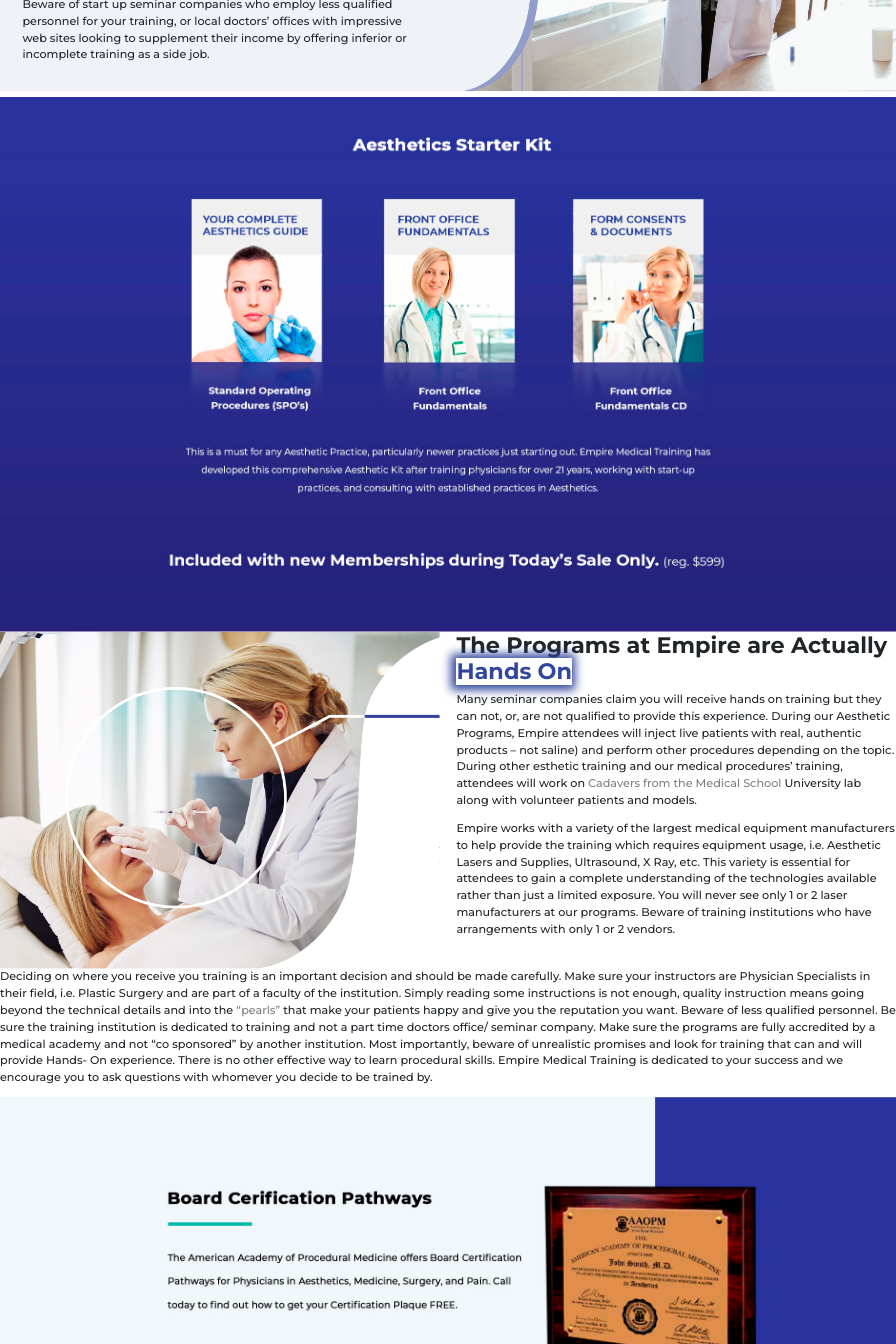
Repository: jorgi710/BODY-CONTOURING-INJECTABLES-AND-ADJUNCT-PROCEDURES
Page: our quarantee/file/public/index.html
An editor plug-in stored every save of this project. The page is shown before and after the next save, followed by the edit.
The browser window is 1280 px wide. The pictures show the part of the page from y = 3038 to 4958 px (the page is 5583 px tall), at 70% of full size.

Above is the page before, as saved 2021-04-06 23:59:47.

### our quarantee/file/public/index.html
<!DOCTYPE html>
<html lang="en">
  <head>
    <meta charset="UTF-8" />
    <meta http-equiv="X-UA-Compatible" content="IE=edge" />
    <meta name="viewport" content="width=device-width, initial-scale=1.0" />
    <title>Page_3</title>

    <link
      href="https://cdn.jsdelivr.net/npm/bootstrap@5.0.0-beta3/dist/css/bootstrap.min.css"
      rel="stylesheet"
      integrity="sha384-eOJMYsd53ii+scO/bJGFsiCZc+5NDVN2yr8+0RDqr0Ql0h+rP48ckxlpbzKgwra6"
      crossorigin="anonymous"
    />
    <link
      href="https://fonts.googleapis.com/css2?family=Montserrat:wght@400;500;600;700&display=swap"
      rel="stylesheet"
    />
    <link rel="stylesheet" href="css/style.css" />
  </head>
  <body>
    <header>
      <div class="container-fluid m-0 p-0">
        <img src="img/header.jpg" alt="navbar" class="img-fluid m-0 p-0" />
      </div>
    </header>
    <main>
      <section class="section_1">
        <div class="container-fluid">
          <div class="fila-1">
            <div class="row">
              <div class="col-sm-12 col-md-6 text-start">
                <div class="content_section_1">
                  <h1 class="bold mb-3 mt-3">The Empire Medical Training</h1>
                  <img src="img/logo_main.jpg" alt="logo" class="logo" />
                  <p class="medium">
                    Empire is the only teaching institution that offers this
                    extraordinary guarantee: After you have completed your
                    training, if you feel you are not comfortable performing the
                    new procedure or if you believe you need additional
                    training, Empire will provide you with a 1-Day Preceptorship
                    (individual training) at one of our Centers of Excellence.
                  </p>
                  <p class="medium">
                    You will work one on one with one of our teaching faculty in
                    their office perfecting the techniques you just learned and
                    reviewing our many medical “Pearls,” priceless tips we have
                    learned through extensive experience and are now passing
                    onto you!
                  </p>
                </div>
              </div>
              <div class="col-md-6 justify-content-end p-0">
                <img
                  src="img/section_1_1_web.jpg"
                  alt=""
                  class="d-none d-md-block img-fluid"
                />
                <img
                  src="img/section_1_1_mobil.jpg"
                  alt=""
                  class="d-md-none img-fluid mobil"
                />
              </div>
            </div>
          </div>

          <div class="fila-2">
            <div class="row">
              <div class="col-sm-12 col-md-6 p-0 mt-3">
                <img
                  src="img/section_1_2_web.jpg"
                  alt="Our difference"
                  class="d-none d-md-block"
                />
                <img
                  src="img/section_1_2_mobil.jpg"
                  alt=""
                  class="d-md-none mobil"
                />
              </div>
              <div class="col-md-6 text-start">
                <h1 class="bold azul mt-4">Our Difference</h1>
                <p class="medium">
                  • Our full time faculty of physicians are available to answer
                  your questions even before you have decided on training- see
                  for yourself, call today and speak with a physician about
                  offering
                  <span class="claro">aesthetics in your practice</span>, or
                  whatever other concerns you may have!
                </p>
                <p class="medium">
                  • Empire Medical Training is the only training institution
                  that offers over 35 different medical and aesthetic
                  <span class="claro">training programs</span>. Since our
                  organization is a full time, dedicated teaching institution,
                  we have the resources and faculty to provide the quality
                  training we have been providing for the past 15 years.
                </p>
                <p class="medium">
                  • Empire provides discounted tuition on
                  <span class="claro">membership plans</span>
                  allowing you to attend all our programs at one low price, over
                  a 2 year period. We also provide a price guarantee that
                  ensures you are registering for a seminar at the lowest price
                  available. At all Empire work- shops, all supplies and
                  medicines are included with your tuition. That includes
                  <span class="claro">Botox Cosmetic</span> and
                  <span class="claro">Dermal Fillers</span> needed for the hands
                  on portion of the training.
                </p>
                <p class="medium">
                  • Learning to perform a procedure may be simple, but becoming
                  successful in your practice requires additional steps. With
                  every program you receive an exhaustive supply of patient
                  forms, consent forms, marketing templates, a comprehensive
                  <span class="claro">Vendor and Resource guide</span> with
                  useful information and necessary tools for your practice.
                </p>
                <p class="medium">
                  • Empire Medical Training and staff are committed to helping
                  you succeed in your practice nad this goes beyond just
                  providing you with the medical protocols to perform a simple
                  procedure. We are not a weekend operation and are available
                  even after our programs have ended. We also provide our
                  students with
                  <span class="claro"> Board Certification</span> from the AAOPM
                  for succesful coursework completion.
                </p>
              </div>
            </div>
          </div>
        </div>
      </section>
      <section class="section_2">
        <div class="panel">
          <img
            src="img/section_2.jpg"
            alt="Meet Our Trusted Faculty"
            class="img-fluid m-0 p-0 d-none d-md-block"
          />
          <img
            src="img/section_2_mobile.jpg"
            alt="Meet Our Trusted Faculty"
            class="img-fluid m-0 p-0 d-md-none mobil"
          />

          <div class="content d-none d-md-block ">
            <h1 class="bold">Meet Our Trusted Faculty</h1>
            <p class="regular">
              Empire Medical Training celebrates
              <span class="bold">15 years</span> of success in training <br />
              <span class="bold">physicians</span> and health care
              <span class="bold">professionals</span>. <br />
              We believe our success is due, in part, to the extra things our
              <br />
              <span class="bold">organization</span> and
              <span class="bold">faculty</span> provide for you.
            </p>
            <button class="btn">
              <h3 class="bold">Meet Faculty</h3>
            </button>
          </div>
        </div>
        <div class="content_mobil d-md-none mobil">
            <h1 class="bold">Meet Our Trusted Faculty</h1>
            <p class="regular">
              Empire Medical Training celebrates
              <span class="bold">15 years</span> of success in training <br />
              <span class="bold">physicians</span> and health care
              <span class="bold">professionals</span>. <br />
              We believe our success is due, in part, to the extra things our
              <br />
              <span class="bold">organization</span> and
              <span class="bold">faculty</span> provide for you.
            </p>
            <button class="btn m-2">
              <h3 class="bold">Meet Faculty</h3>
            </button>
          </div>
        </div>

      </section>
      <section class="section_3 ">
        <div>
          <h1 class="negro bold">
            <span class="azul">Background &</span> Achievements
          </h1>
          <p class="medium ">
            Now a little about Empire Medical Training’s background and
            achievements: Why Empire is committed to excellence:
          </p>
          <p class="medium ">
            Empire Medical Training celebrates our 22nd year of training and we
            remain the #1 medical training and certification CME Medical and
            Aesthetic workshops offered each year, Empire has trained over
            125,000 Physicians, Dentists, Nurses, and other Health Care
            Professionals. With countless
            <span class="claro">testimonials</span> from satisfied attendees, we
            stand behind our programs and provide a complete satisfaction
            guarantee. source worldwide.
          </p>
          <p class="medium ">
            Empire has acquired a distinguished reputation in education and
            serves as a training facility for Allergan (Botox, Juvederm) and
            Medicis (Restylane), along with many of the largest Aesthetic Laser
            Manufacturers. In addition, Empire is proud to have been chosen by
            the Florida Dental Association (FDA) to train their member Dentists
            in Botox Cosmetic and other Aesthetic Procedures.
          </p>
          <p class="medium ">
            At Empire, we believe our success is dependent on you receiving
            quality training and instruction. Empire Medical Training is a
            nationally recognized CME Training Institution for Physicians,
            Dentists, Nurses and other Health Care Professionals.
          </p>
        </div>
        <div class="row">
          <div class="col-sm-12 col-md-6">
            <p class="medium">
              In addition to training at resort hotels, Empire has pioneered the
              first <span class="claro">premier Medical Spa</span> in Fort
              Lauderdale, Florida where physicians can enjoy training on actual
              patients and receive classroom didactic presentations. This
              facility has been designed specifically for training purposes
              utilizing state of the art aesthetic lasers and medical spa
              equipment along with modern classroom facilities and training
              aids. All courses are conducted by Physicians and other
              Specialists in Aesthetics, Pain Management, Surgery, and Medicine.
              Not by less qualified Instructors.
            </p>
            <p class="medium">
              Empire has achieved an outstanding reputation through a
              distinguished faculty of Physician specialists. Your training will
              be conducted by Physicians and other Specialists in Aesthetics,
              Pain Management, Surgery, and Medicine. We believe it is important
              for attendees to be exposed to a faculty of instructors for a more
              complete understanding of the topic, rather than just 1 part time
              physician or nurse instructor like many training companies do.
              Beware of start up seminar companies who employ less qualified
              personnel for your training, or local doctors’ offices with
              impressive web sites looking to supplement their income by
              offering inferior or incomplete training as a side job.
            </p>
          </div>
          <div class="col-sm-12 col-md-6">
            <img
              src="img/section_3_web.jpg"
              alt="background achievements"
              class="d-none d-md-block img-fluid"
            />
            <img
              src="img/section_3_mobil.jpg"
              alt="background achievements"
              class="d-md-none"
            />
          </div>
        </div>
      </section>
      <section class="section_4 mt-2">
        <img src="img/section_4.jpg" alt="aesthetics starter kit" />
      </section>
      <section class="section_5">
        <div class="row">
          <div class="col-sm-12 col-md-6">
            <img
              src="img/section_5_web.jpg"
              alt="empire"
              class="d-none d-md-block"
            />
            <img
              src="img/section_5_mobile.jpg"
              alt="empire"
              class="d-md-none"
            />
          </div>
          <div class="col-md-6">
            <h1 class="bold">
              The Programs at Empire are Actually
              <span class="azul" style="box-shadow: -2px 1px 13px 6px #31469d;">Hands On</span>
            </h1>
            <p class="medium">
              Many seminar companies claim you will receive hands on training
              but they can not, or, are not qualified to provide this
              experience. During our Aesthetic Programs, Empire attendees will
              inject live patients with real, authentic products – not saline)
              and perform other procedures depending on the topic. During other
              esthetic training and our medical procedures’ training, attendees
              will work on
              <span class="claro">Cadavers from the Medical School</span>
              University lab along with volunteer patients and models.
            </p>
            <p class="medium">
              Empire works with a variety of the largest medical equipment
              manufacturers to help provide the training which requires
              equipment usage, i.e. Aesthetic Lasers and Supplies, Ultrasound, X
              Ray, etc. This variety is essential for attendees to gain a
              complete understanding of the technologies available rather than
              just a limited exposure. You will never see only 1 or 2 laser
              manufacturers at our programs. Beware of training institutions who
              have arrangements with only 1 or 2 vendors.
            </p>
          </div>
        </div>
        <p class="medium">
          Deciding on where you receive you training is an important decision
          and should be made carefully. Make sure your instructors are Physician
          Specialists in their field, i.e. Plastic Surgery and are part of a
          faculty of the institution. Simply reading some instructions is not
          enough, quality instruction means going beyond the technical details
          and into the <span class="claro">“pearls”</span> that make your
          patients happy and give you the reputation you want. Beware of less
          qualified personnel. Be sure the training institution is dedicated to
          training and not a part time doctors office/ seminar company. Make
          sure the programs are fully accredited by a medical academy and not
          “co sponsored” by another institution. Most importantly, beware of
          unrealistic promises and look for training that can and will provide
          Hands- On experience. There is no other effective way to learn
          procedural skills. Empire Medical Training is dedicated to your
          success and we encourage you to ask questions with whomever you decide
          to be trained by.
        </p>
      </section>
    </main>
    <footer>
      <img src="img/footer.jpg" alt="footer" class="img-fluid" />
    </footer>
  </body>
</html>

### our quarantee/file/public/css/style.css
@import url("https://fonts.googleapis.com/css2?family=Montserrat:wght@400;500;600;500&display=swap");
* {
  box-sizing: border-box;
  font-family: var(--fuente);
}
header,
section {
  overflow-x: hidden;
}
:root {
  --fuente: "Montserrat", cursive;
  --azul: #31469d;
  --clarito: #808080;
  --negro: #000000;
  --regular: 400;
  --medium: 500;
  --semi_bold: 600;
  --bold: 500;
}
.regular {
  font-weight: 400;
}
.medium {
  font-weight: 500;
}
.semi {
  font-weight: 600;
}
.bold {
  font-weight: 700;
}
.azul {
  color: #31469d;
}
.claro {
  color: #808080;
}
.negro {
  color: #000000;
}
header .img {
  width: 100%;
}
/* .section_1 .fila-1 .row .col-md-6 .content_section_1 {
  padding: 4vmin 1vmin;
  padding-bottom: 2vmin;
  padding-left: 12vmin;
} */

/* section_1 */

/* web */
.section_1 .fila-1 .row .col-md-6 .content_section_1 {
  padding: 4vmin 1vmin;
  padding-bottom: 2vmin;
  padding-left: 12vmin;
}
.section_1 .fila-1 .row .col-md-6 img {
  width: 100%;
  height: 100%;
  object-fit: cover;
}
.section_1 .fila-1 .row .col-md-6 h1 {
  font-size: 1.8rem;
}
.section_1 .fila-1 .row .col-md-6 .logo {
  width: 70%;
  padding-left: 10vmin;
}
/* Tablet */
@media screen and (min-width: 780px) and (max-width: 1200px) {
  .section_1 .fila-1 .row .col-md-6 .content_section_1 {
    padding: 4vmin 1vmin;
    padding-bottom: 2vmin;
    padding-left: 12vmin;
  }
  .section_1 .fila-1 .row .col-md-6 h1 {
    font-size: 1.5rem;
  }
  .section_1 .fila-1 .row .col-md-6 img {
    object-fit: cover;
    z-index: 1;
  }
  .section_1 .fila-1 .row .col-md-6 .logo {
    width: 70%;
    padding-left: 10vmin;
  }
}
/* Mobile */
@media screen and (min-width: 0) and (max-width: 760px) {
  .section_1 .fila-1 .row .col-md-6 .content_section_1 {
    padding: 0;
    box-shadow: 1px 2px 9px 6px #aaa;
  }
  .section_1 .fila-1 .row .col-md-6 h1 {
    font-size: 1.8rem;
    text-align: center;
  }
  .section_1 .fila-1 .row .col-md-6 .mobil {
    box-shadow: -2px 1px 13px 6px #aaa;
  }
  .section_1 .fila-1 .row .col-md-6 .logo {
    width: 76%;
    padding-left: 22vmin;
  }
  .section_1 .fila-1 .row .col-md-6 p {
    font-size: 1rem;
    text-align: justify;
    padding: 4px 5px;
  }
}
/* section_1_Part_2 */

/* web */
.section_1 .fila-2 .row .col-md-6 img {
  width: 100%;
  height: 100%;
  object-fit: none;
}
.section_1 .fila-1 .row .col-md-6 h1 {
  font-size: 1.8rem;
}
/* Tablet */
@media screen and (min-width: 780px) and (max-width: 1200px) {
  .section_1 .fila-2 .row .col-md-6 h1 {
    font-size: 1.5rem;
  }
  .section_1 .fila-2 .row .col-md-6 img {
    object-fit: cover;
    box-shadow: -2px 1px 13px 6px #31469d;
    border-radius: 1rem;
  }
}
/* Mobile */
@media screen and (min-width: 0) and (max-width: 760px) {
  .section_1 .fila-1 .row .col-md-6 .content_section_1 {
    padding: 0;
    box-shadow: 1px 2px 9px 6px #aaa;
  }
  .section_1 .fila-2 .row .col-md-6 h1 {
    font-size: 2rem;
    text-align: center;
  }
  .section_1 .fila-2 .row .col-md-6 .mobil {
    box-shadow: -2px 1px 13px 6px #bac6f8;
    object-fit: cover;
  }
  .section_1 .fila-2 .row .col-md-6 p {
    font-size: 1rem;
    text-align: justify;
    padding: 4px 5px;
    box-shadow: -2px 1px 13px 6px #ccd6fc;
    border-radius: 0.5rem;
  }
}
/* section_2 */
/* web */
.section_2 .panel {
  position: relative;
}
.section_2 .content h1 {
  font-size: 1.5rem;
}
.section_2 .content p {
  font-size: 0.8rem;
}
.section_2 .content h3 {
  font-size: 1rem;
}
.section_2 .content {
  position: absolute;
  color: white;
  top: 38px;
  right: 593px;
}
.section_2 .content button {
  background-color: white;
  border-radius: 1.5rem;
  box-shadow: -4px 3px 13px 0px blue;
  color: #31469d;
  font-weight: 700;
}
/* Tablet */
@media screen and (min-width: 780px) and (max-width: 1200px) {
  .section_2 .panel {
    position: relative;
  }
  .section_2 .content h1 {
    font-size: 1.5rem;
  }
  .section_2 .content p {
    font-size: 0.5rem;
  }
  .section_2 .content h3 {
    font-size: 1rem;
  }
  .section_2 .content {
    position: absolute;
    color: white;
    top: 34px;
  }
  .section_2 .content button {
    background-color: white;
    border-radius: 1.5rem;
    box-shadow: -4px 3px 13px 0px blue;
    color: #31469d;
    font-weight: 700;
  }
}
/* Mobile */
@media screen and (min-width: 0) and (max-width: 760px) {
  .section_2 .content_mobil {
    background-color: #31469d;
    color: white;
    text-align: center;
  }
  .section_2 .content_mobil button {
    background-color: white;
    border-radius: 1.5rem;
    box-shadow: -4px 3px 13px 0px blue;
    color: #31469d;
    font-weight: 700;
  }
  .section_2 .content_mobil p {
    font-size: 0.5rem;
  }
  .section_2 .content_mobil h3 {
    font-size: 1rem;
  }
  .section_2 .content_mobil h1 {
    font-size: 1rem;
  }
}
/* section_3_Part_1*/

/* web */
.section_3 h1 {
  font-size: 3rem;
  text-align: center;
  margin: 2rem 0;
  padding: 0.5rem 0;
  box-shadow: -2px 1px 13px 6px #ccd6fc;
  border-radius: 0.5rem;
}
.section_3 p {
  font-size: 1rem;
  padding: 0 1rem;
}
/* Mobile */
@media screen and (min-width: 0) and (max-width: 760px) {
  .section_3 h1 {
    font-size: 1.4rem;
    text-align: center;
    margin: 2rem 0;
    padding: 0.5rem 0;
    box-shadow: -2px 1px 13px 6px #ccd6fc;
    border-radius: 0.5rem;
  }
  .section_3 p {
    font-size: 1rem;
    padding: 0 1rem;
    text-align: justify;
  }
}
/* section_3_Part_2*/
/* web */
.section_3 .row .col-md-6 {
  background-color: #eff3f8;
}
.section_3 .row .col-md-6 p {
  font-size: 1rem;
  text-align: start;
  margin: 2rem 2rem;
  padding: 0.5rem 0;
  box-shadow: -2px 1px 13px 6px #eff3f8;
  border-radius: 0.5rem;
}
.section_3 .row .col-md-6 img {
  width: 100%;
  height: 100%;
}

/* Tablet */
@media screen and (min-width: 780px) and (max-width: 1200px) {
  .section_3 .row .col-md-6 {
    background-color: #eff3f8;
  }
  .section_3 .row .col-md-6 p {
    font-size: 1rem;
    text-align: start;
    margin: 2rem 2rem;
    padding: 0.5rem 0;
    box-shadow: -2px 1px 13px 6px #eff3f8;
    border-radius: 0.5rem;
  }
  .section_3 .row .col-md-6 img {
    box-shadow: -2px 1px 13px 6px #bac6f8;
    object-fit: cover;
  }
}

/* Mobile */
@media screen and (min-width: 0) and (max-width: 760px) {
  .section_3 .row .col-md-6 {
    background-color: white;
  }
  .section_3 .row .col-md-6 p {
    font-size: 1rem;
    text-align: start;
    padding: 0.2rem;
    box-shadow: -2px 1px 13px 6px #eff3f8;
    border-radius: 0.5rem;
  }
  .section_3 .row .col-md-6 img {
    box-shadow: -2px 1px 13px 6px #31469d;
    object-fit: cover;
  }
}
/* section_4*/
.section_4 img {
  width: 100%;
  box-shadow: -2px 1px 13px 6px #31469d;
}
/* section_5*/
.section_5 .row .col-md-6 img {
  width: 100%;
}
.section_5 .row .col-md-6 h1 {
  font-size: 2rem;
}
/* web */

/* Tablet */
@media screen and (min-width: 780px) and (max-width: 1200px) {
}
/* Mobile */
@media screen and (min-width: 0) and (max-width: 760px) {
}

After the next save:
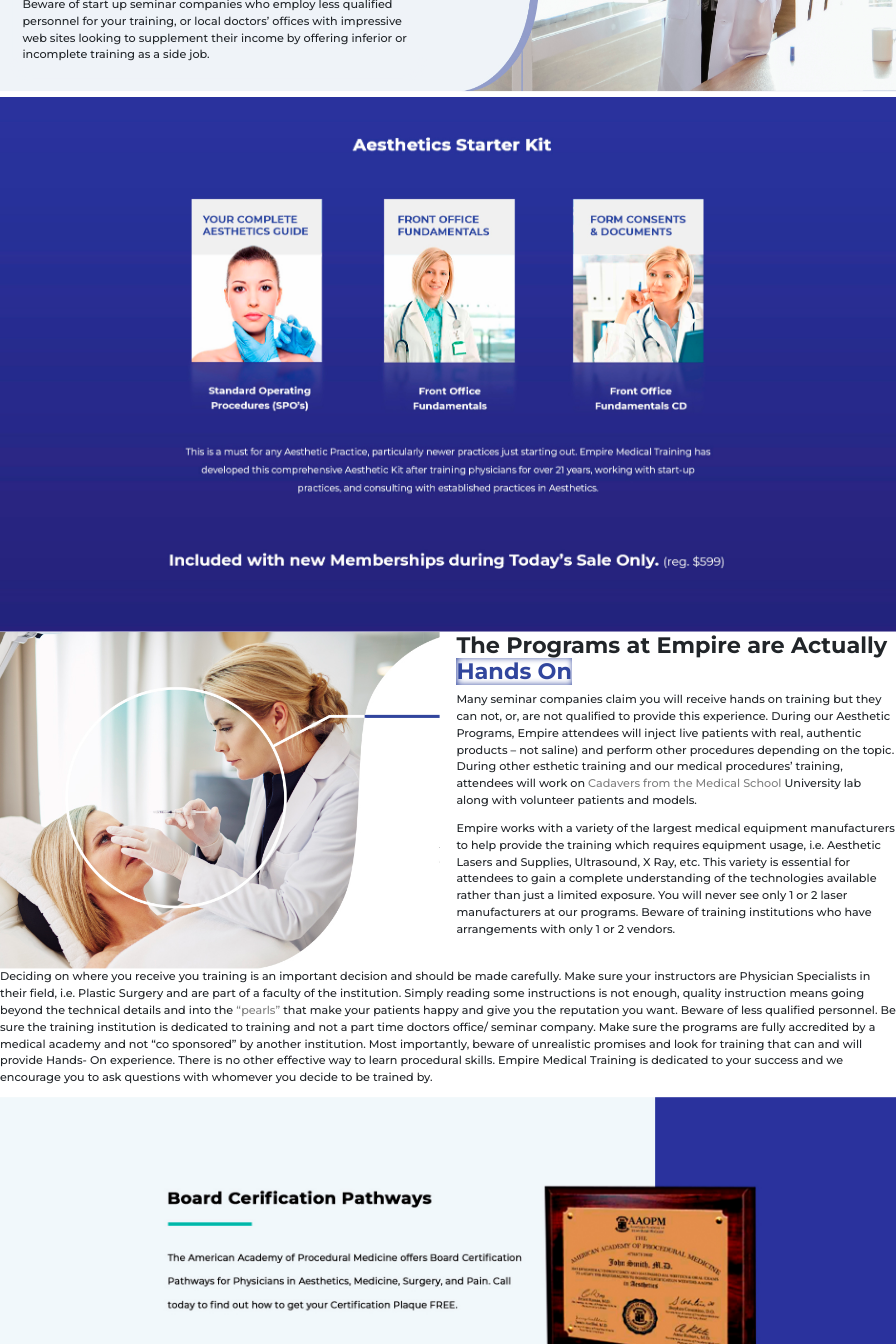
Saved 80 s later.
--- a/our quarantee/file/public/index.html
+++ b/our quarantee/file/public/index.html
@@ -277,7 +277,7 @@
           <div class="col-md-6">
             <h1 class="bold">
               The Programs at Empire are Actually
-              <span class="azul" style="box-shadow: -2px 1px 13px 6px #31469d;">Hands On</span>
+              <span class="azul" style="box-shadow: inset 1px 0px 9px 0px #31469d;;">Hands On</span>
             </h1>
             <p class="medium">
               Many seminar companies claim you will receive hands on training
